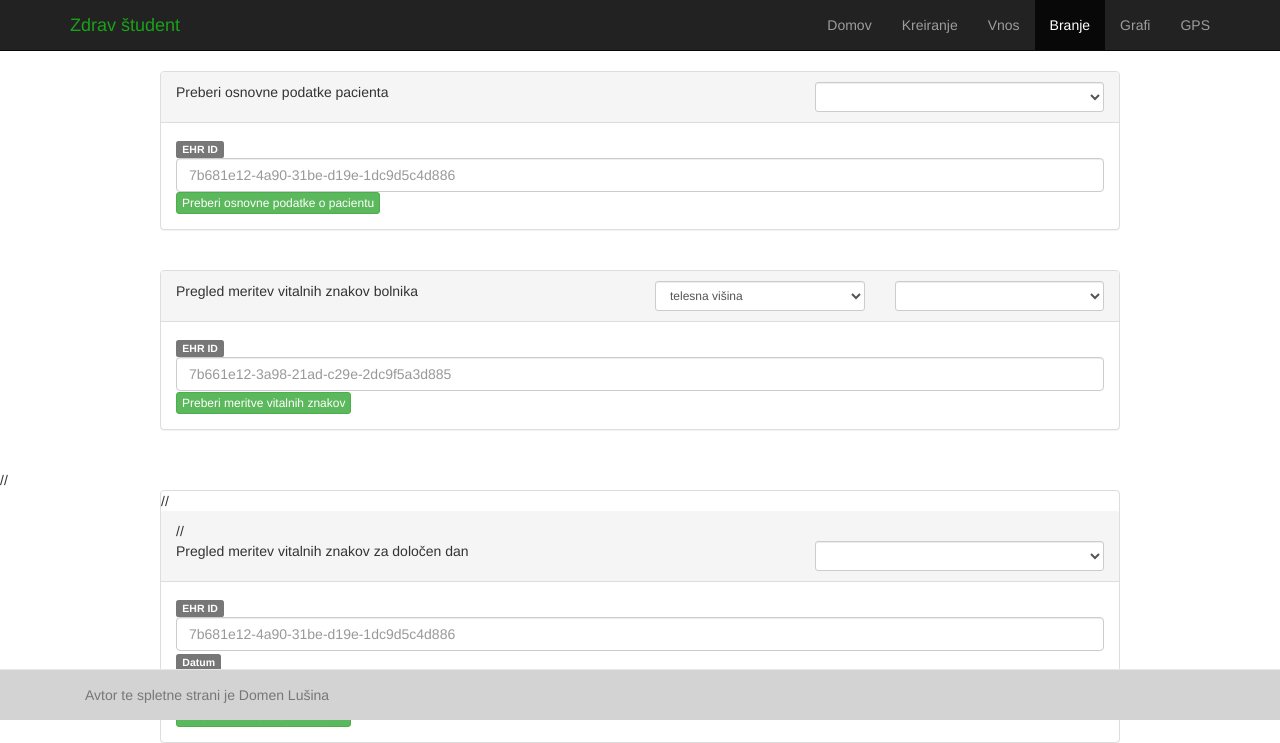
Repository: dl4184/ois-dn4
Page: branje.html
The author's editor kept a record of every edit. The page is drawn from the files as they stood at one moment, then again after the next edit.
The browser window is 1280 px wide. The pictures show the whole page.
Some web libraries are served in a nearby version.

Above is the page before.
Not found: css/styles.css

After the next edit:
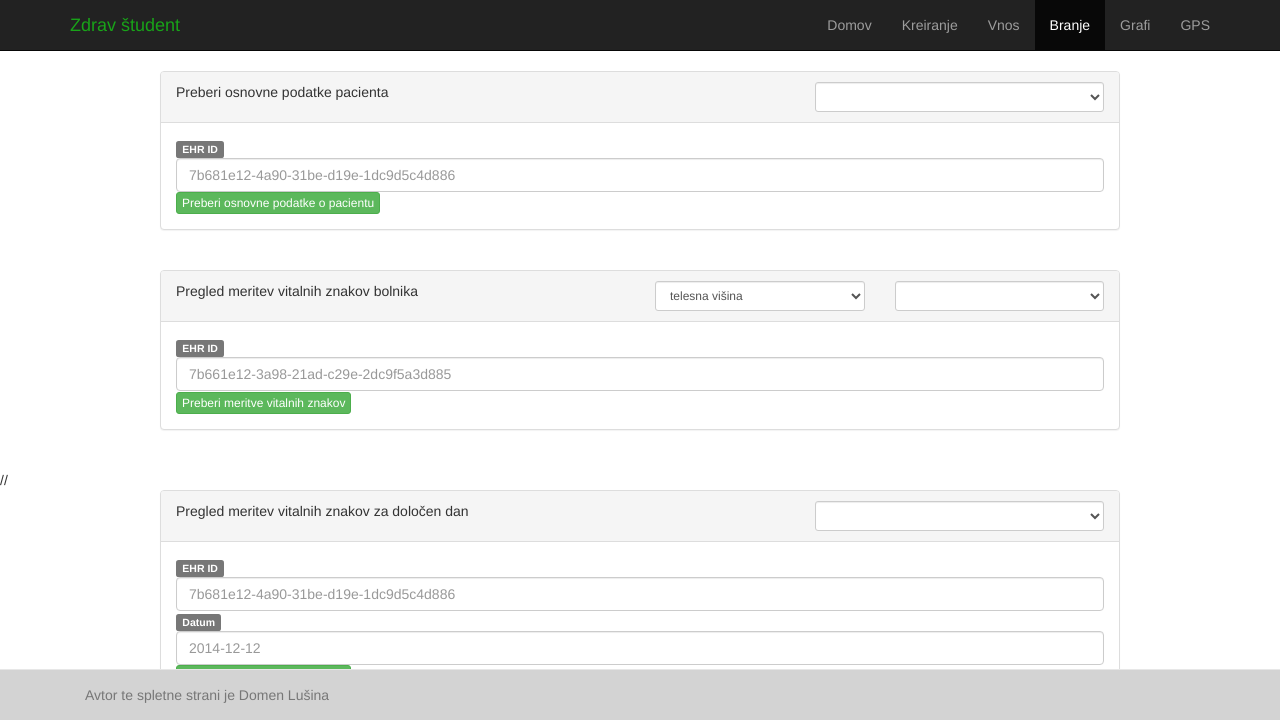
The edit:
--- a/branje.html
+++ b/branje.html
@@ -74,8 +74,8 @@
 				        <br></br>
 
 				       //<div class="panel panel-default" style="width: 75%;margin: 0 auto">
-                         //   <div class="panel-heading">
-                           //     <div class="row">
+                           <div class="panel-heading">
+                               <div class="row">
                                     <div class="col-lg-8 col-md-8 col-sm-8">Pregled meritev vitalnih znakov za določen dan</div>
                                     <div class="col-lg-4 col-md-4 col-sm-4"><select class="form-control input-sm" id="preberiObstojeciEHRdan"><option value=""></select></div>
                                 </div>
